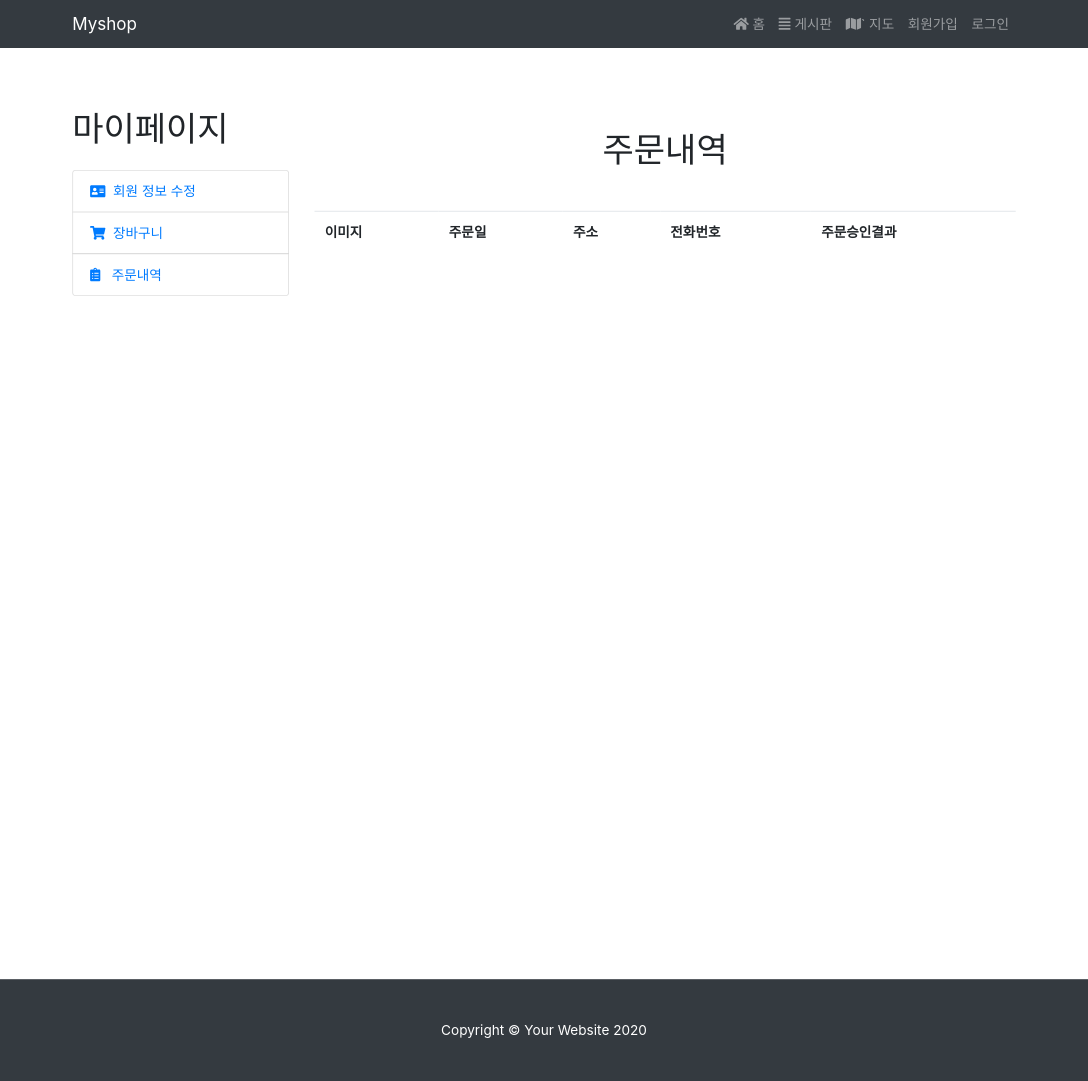
Repository: KimBiYam/ShoppingMallProject
Page: http://localhost/MyShop/WEB-INF/views/product/orderlist.jsp
The author's editor kept a copy of each file at every save. The page is drawn from the files as they stood at one save, then again after the next save.
The browser window is 1280 px wide. The pictures show the whole page, at 85% of full size.
Some web libraries are served in a nearby version. The page is served by Tomcat 9. Nobody is signed in. Other server files are loaded and not shown. The template is opened directly, without the code that normally fills it, so the values that code supplies are empty.

Above is the page before, as saved 2020-04-23 06:29:41.

### MyShop/src/main/webapp/WEB-INF/views/product/orderlist.jsp
<%@ page language="java" contentType="text/html; charset=UTF-8"
	pageEncoding="UTF-8"%>
<%@taglib prefix="c" uri="http://java.sun.com/jsp/jstl/core"%>
<%@taglib prefix="fmt" uri="http://java.sun.com/jsp/jstl/fmt" %>
<%@taglib prefix="sec" uri="http://www.springframework.org/security/tags"%>
<!DOCTYPE html>
<html lang="en">
<head>
<meta charset="utf-8">
<meta name="viewport"
	content="width=device-width, initial-scale=1, shrink-to-fit=no">
<meta name="description" content="">
<meta name="author" content="">

<title>주문내역</title>
</head>
<body>
	<jsp:include page="../includes/header.jsp" />
	<jsp:include page="../includes/usersidebar.jsp" />
	<div class="col-lg-9">
		<h1 class="my-5 text-center">주문내역</h1>
		<table class="table">
			<tr>
				<th>이미지</th>
				<th>주문일</th>
				<th>주소</th>
				<th>전화번호</th>
				<th>주문승인결과</th>
			</tr>
			<c:forEach items="${orderlist }" var="orderlist">
			<tr>
				<td><a href="/myshop/product/order/get?ordercode=${orderlist.ordercode }">${orderlist.orderid }</a></td>
				<td><fmt:formatDate value="${orderlist.orderdate }"/> </td>
				<td>${orderlist.addr }</td>
				<td>${orderlist.tel }</td>
				<c:if test="${orderlist.approval eq 0 }">
				<td>승인안됨</td>
				</c:if>
				<c:if test="${orderlist.approval eq 1 }">
				<td>처리완료</td>
				</c:if>
			</tr>
			</c:forEach>
		</table>
	</div>
	<!-- /.col-lg-9 -->
	</div>
	<!-- /.row -->
	</div>
	<!-- /.container -->
	<jsp:include page="../includes/footer.jsp"></jsp:include>

<script type="text/javascript">
</script>
</body>

</html>

### MyShop/src/main/webapp/WEB-INF/views/includes/header.jsp
<%@ page language="java" contentType="text/html; charset=UTF-8"
	pageEncoding="UTF-8"%>
<%@taglib prefix="sec"
	uri="http://www.springframework.org/security/tags"%>
<%@taglib prefix="c" uri="http://java.sun.com/jsp/jstl/core"%>
<!DOCTYPE html>
<!-- Bootstrap core CSS -->
<link href="/myshop/resources/vendor/bootstrap/css/bootstrap.min.css"
	rel="stylesheet">
<!-- Custom styles for this template -->
<link href="/myshop/resources/css/shop-homepage.css" rel="stylesheet">
<!-- Bootstrap core JavaScript -->
<script src="/myshop/resources/vendor/jquery/jquery.min.js"></script>
<script
	src="/myshop/resources/vendor/bootstrap/js/bootstrap.bundle.min.js"></script>
<script
	src="https://t1.daumcdn.net/mapjsapi/bundle/postcode/prod/postcode.v2.js"></script>
<script src="/myshop/resources/js/member.js"></script>
<script
	src="https://cdnjs.cloudflare.com/ajax/libs/font-awesome/5.11.2/js/all.min.js"
	crossorigin="anonymous"></script>

<!-- Navigation -->
<nav class="navbar navbar-expand-lg navbar-dark bg-dark fixed-top">
	<div class="container">
		<a class="navbar-brand" href="/myshop">Myshop</a>
		<button class="navbar-toggler" type="button" data-toggle="collapse"
			data-target="#navbarResponsive" aria-controls="navbarResponsive"
			aria-expanded="false" aria-label="Toggle navigation">
			<span class="navbar-toggler-icon"></span>
		</button>
		<div class="collapse navbar-collapse" id="navbarResponsive">
			<ul class="navbar-nav ml-auto">
				<li class="nav-item"><a class="nav-link" href="/myshop"><i
						class="fas fa-home"></i> 홈 </a></li>
				<li class="nav-item"><a class="nav-link"
					href="/myshop/board/list"><i class="fas fa-align-justify"></i>
						게시판</a></li>
				<li class="nav-item"><a class="nav-link" href="/myshop/map"><i
						class="fa fa-map"></i>` 지도</a></li>
				<sec:authorize access="isAnonymous()">
					<li class="nav-item"><a class="nav-link"
						href="javascript:join()">회원가입</a></li>
					<li class="nav-item"><a class="nav-link"
						href="javascript:login()">로그인</a></li>
				</sec:authorize>
				<sec:authorize access="isAuthenticated()">
					<sec:authorize access='hasRole("ROLE_USER")'>
						<li class="nav-item"><a class="nav-link"
							href="/myshop/user/update"><i class="far fa-address-book"></i>
								마이 페이지</a></li>
						<li class="nav-item"><a
							href="/myshop/product/cart?userid=<sec:authentication property="principal.username"/>"
							class="nav-link"><i class="fas fa-shopping-cart"></i> 장바구니</a></li>
						<li class="nav-item"><a class="nav-link"
							href="/myshop/product/order/list?userid=<sec:authentication property="principal.username"/>"><i
								class="fas fa-clipboard-list"></i> 주문 내역</a></li>
					</sec:authorize>
					<sec:authorize access='hasRole("ROLE_ADMIN")'>
						<li class="nav-item"><a class="nav-link"
							href="/myshop/admin/list"><i class="fas fa-address-card"></i>
								회원 관리</a></li>
						<li class="nav-item"><a class="nav-link"
							href="/myshop/product/category/list"><i class="fas fa-tags"></i>
								카테고리 관리</a></li>
						<li class="nav-item"><a class="nav-link"
							href="/myshop/product/order/admin/list"><i
								class="fas fa-clipboard-list"></i> 주문 관리</a></li>
						<li class="nav-item"><a class="nav-link"
							href="/myshop/product/register"><i
								class="fas fa-balance-scale"></i> 상품 등록</a></li>
					</sec:authorize>
					<li class="nav-item">
						<form id="logoutForm" action="/myshop/logout" method="post">
							<input type="hidden" name="${_csrf.parameterName }"
								value="${_csrf.token }">
						</form> <a class="nav-link" href="javascript:logout()">로그아웃</a>
					</li>
				</sec:authorize>
			</ul>
		</div>
	</div>
</nav>
<!-- #joinModal -->
<div class="modal fade" id="joinModal" tabindex="-1" role="dialog"
	aria-labelledby="myModalLabel" aria-hidden="true">
	<div class="modal-dialog">
		<div class="modal-content">
			<div
				class="modal-header justify-content-center font-weight-light my-4">
				<h3 class="modal-title" id="myModalLabel">회원가입</h3>
			</div>
			<div class="modal-body">
				<form id="joinForm" action="/myshop/user/join" method="post">
					<input type="hidden" name="${_csrf.parameterName }"
						value="${_csrf.token }"> <input type="hidden" name="addr"
						id="addr"> <input type="hidden" name="idcheck"
						id="idcheck" value="0">
					<div class="form-group">
						<label class="small mb-1" for="joinid">ID</label>
						<div class="input-group">
							<input class="form-control input-group-prepend joinInput"
								name="userid" id="joinid" type="text" placeholder="아이디를 입력하세요" />
							<button type="button" id="idcheckBtn"
								class="btn btn-outline-info input-group-append">중복체크</button>
						</div>
					</div>
					<div class="form-group">
						<label class="small mb-1" for="joinpw">Password</label> <input
							class="form-control joinInput" name="userpw" id="joinpw"
							type="password" placeholder="패스워드를 입력하세요" />
					</div>
					<div class="form-group">
						<label class="small mb-1" for="userpw">Password 확인</label> <input
							class="form-control joinInput" id="pwdcheck" type="password"
							placeholder="패스워드를 입력하세요" />
					</div>
					<div class="form-group">
						<label class="small mb-1" for="username">이름</label> <input
							class="form-control joinInput" name="username" id="username"
							type="text" placeholder="이름을 입력하세요" />
					</div>
					<div class="form-group">
						<label class="small mb-1" for="tel">휴대전화</label> <input
							class="form-control joinInput" name="tel" id="tel" type="tel"
							maxlength="13" placeholder="전화번호를 입력하세요" />
					</div>
					<div class="form-group">
						<label class="small mb-1" for="email">이메일</label> <input
							class="form-control joinInput" name="email" id="email"
							type="email" placeholder="이메일을 입력하세요" />
					</div>
					<div class="form-group">
						<label class="small mb-1">우편번호</label> <input
							class="form-control joinInput" style="width: 30%" type="text"
							name="zipcode" id="zipcode" readonly="readonly">
					</div>
					<div class="form-group">
						<label class="small mb-1">주소</label>
						<div class="input-group">
							<input class="form-control input-group-prepend joinInput"
								type="text" id="addrView" readonly="readonly">
							<button type="button" id="addrBtn"
								class="btn btn-outline-primary input-group-apeend">주소
								검색</button>
						</div>
					</div>
					<div class="form-group">
						<label class="small mb-1" for="addrDetail">상세주소</label> <input
							class="form-control joinInput" name="addrDetail" id="addrDetail"
							type="text" placeholder="상세주소를 입력하세요" />
					</div>
					<div class="form-group">
						<label class="small mb-1" for="role">관리자 코드</label> <input
							class="form-control joinInput" name="admincode" id="admincode"
							type="text" placeholder="관리자가 되려면 코드를 입력하세요" />
					</div>
					<div class="form-group mt-4 mb-0">
						<button type="button" class="btn btn-primary float-right"
							id="joinBtn">회원가입</button>
					</div>
				</form>
			</div>
		</div>
		<!-- /.modal-content -->
	</div>
	<!-- /.modal-dialog -->
</div>
<!-- /#joinModal -->
<!-- #loginModal -->
<div class="modal fade" id="loginModal" tabindex="-1" role="dialog"
	aria-labelledby="myModalLabel" aria-hidden="true">
	<div class="modal-dialog">
		<div class="modal-content">
			<div
				class="modal-header justify-content-center font-weight-light my-4">
				<h3 class="modal-title" id="myModalLabel">로그인</h3>
			</div>
			<div class="modal-body">
				<form id="loginForm" action="/myshop/login" method="post">
					<input type="hidden" name="${_csrf.parameterName }"
						value="${_csrf.token }">
					<div class="form-group">
						<label class="small mb-1" for="userid">ID</label>
						<div class="input-group">
							<input class="form-control input-group-prepend" name="username"
								id="loginid" type="text" placeholder="아이디를 입력하세요" />
						</div>
					</div>
					<div class="form-group">
						<label class="small mb-1" for="userpw">Password</label> <input
							class="form-control" name="password" id="loginpw" type="password"
							placeholder="패스워드를 입력하세요" />
					</div>
					<div class="form-group">
						<div class="custom-control custom-checkbox">
							<input class="custom-control-input" name="remember-me"
								id="remember-me" type="checkbox" /> <label
								class="custom-control-label" for="remember-me">자동 로그인</label>
						</div>
					</div>
					<div class="form-group mt-4 mb-0">
						<button type="button" class="btn btn-primary float-right" id="loginBtn">로그인</button>
					</div>
				</form>
				<!-- 네이버 로그인 창 -->
				<div id="naver_id_login float-left" style="text-align: center">
					<a class="float-left" href="${url }"> <img width="223" src="/myshop/resources/img/login.PNG" /></a>
				</div>
			</div>
		</div>
		<!-- /.modal-content -->
	</div>
	<!-- /.modal-dialog -->
</div>
<!-- /#loginModal -->

### MyShop/src/main/webapp/WEB-INF/views/includes/usersidebar.jsp
<%@ page language="java" contentType="text/html; charset=UTF-8"
    pageEncoding="UTF-8"%>
<%@taglib prefix="sec" uri="http://www.springframework.org/security/tags" %>
  <!-- Page Content -->
  <div class="container my-5" style="min-height: 1000px">
    <div class="row">
      <div class="col-lg-3">
        <h1 class="my-4">마이페이지</h1>
        <div class="list-group">
          <a href="/myshop/user/update" class="list-group-item"><i class="fas fa-address-card"></i>&nbsp;&nbsp;회원 정보 수정</a>
          <a href="/myshop/product/cart?userid=<sec:authentication property="principal.username"/>" class="list-group-item"><i class="fas fa-shopping-cart"></i>&nbsp;&nbsp;장바구니</a>
          <a href="/myshop/product/order/list?userid=<sec:authentication property="principal.username"/>" class="list-group-item"><i class="fas fa-clipboard-list"></i>&nbsp;&nbsp;&nbsp;주문내역</a>
        </div>
      </div>
      <!-- /.col-lg-3 -->

### MyShop/src/main/webapp/WEB-INF/views/includes/footer.jsp
<%@ page language="java" contentType="text/html; charset=UTF-8"
    pageEncoding="UTF-8"%>
<!DOCTYPE html>
  <!-- Footer -->
  <footer class="py-5 bg-dark">
    <div class="container">
      <p class="m-0 text-center text-white">Copyright &copy; Your Website 2020</p>
    </div>
    <!-- /.container -->
  </footer>

### MyShop/src/main/webapp/resources/js/member.js
//회원가입 폼
function join() {
	$(".joinInput").val("");
	$("#joinModal").modal("show");
	$("#joinid").removeAttr("readonly");
	$("#idcheck").val("0");
}
//로그인 폼
function login() {
	$("#loginid").val("");
	$("#loginpw").val("");
	$("#loginModal").modal("show");
}
//로그아웃 버튼
function logout(){
	alert("로그아웃 되었습니다");
	$("#logoutForm").submit();
}

$(function() {
//	이메일 정규식
var regemail=/^[-A-Za-z0-9_]+[-A-Za-z0-9_.]*[@]{1}[-A-Za-z0-9_]+[-A-Za-z0-9_.]*[.]{1}[A-Za-z]{1,5}$/;
var regtel = /^(01[016789]{1}|02|0[3-9]{1}[0-9]{1})-?[0-9]{3,4}-?[0-9]{4}$/;

//	아이디 한글 입력 방지
	$("#joinid").on("blur keyup",function(){
		$(this).val($(this).val().replace(/[ㄱ-ㅎ|ㅏ-ㅣ|가-힣]/g,''));
	})
	$("#loginid").on("blur keyup",function(){
		$(this).val($(this).val().replace(/[ㄱ-ㅎ|ㅏ-ㅣ|가-힣]/g,''));
	})
//	전화번호 자동 하이픈
	$('#tel').keydown(function(event) {
	    var key = event.charCode || event.keyCode || 0;
	    $text = $(this);
	    if (key !== 8 && key !== 9) {
	        if ($text.val().length === 3) {
	            $text.val($text.val() + '-');
	        }
	        if ($text.val().length === 8) {
	            $text.val($text.val() + '-');
	        }
	    }

	    return (key == 8 || key == 9 || key == 46 || (key >= 48 && key <= 57) || (key >= 96 && key <= 105));
	});

//	이름 한글만 입력
	$("#username").on("blur keyup",function(){
		$(this).val($(this).val().replace(/[a-z0-9]|[ \[\]{}()<>?|`~!@#$%^&*-_+=,.;:\"'\\]/g,''));
	})

	// 회원가입
	$("#joinBtn").on("click", function() {
		if ($("#joinnid").val() == "") {
			alert("아이디를 입력하세요");
			$("#joinnid").focus();
			return false;
		}
		if ($("#joinpw").val() == "") {
			alert("패스워드를 입력하세요");
			$("#joinpw").focus();
			return false;
		}
		if ($("#pwdcheck").val() == "") {
			alert("패스워드 확인을 입력하세요");
			$("#pwdcheck").focus();
			return false;
		}
		if ($("#username").val() == "") {
			alert("이름을 입력하세요");
			$("#username").focus();
			return false;
		}
		if ($("#tel").val() == "") {
			alert("전화번호를 입력하세요");
			$("#tel").focus();
			return false;
		}
		if ($("#email").val() == "") {
			alert("이메일을 입력하세요");
			$("#email").focus();
			return false;
		}
		if ($("#addrView").val() == "") {
			alert("주소를 검색하세요");
			return false;
		}
		if ($("#addrDetail").val() == "") {
			alert("상세주소를 입력하세요");
			$("#addrDetail").focus();
			return false;
		}

		if ($("#idcheck").val() == "0") {
			alert("아이디 중복체크를 하세요");
			return false;
		}
		if ($("#joinpw").val() != $("#pwdcheck").val()) {
			alert("패스워드가 틀렸습니다");
			$("#joinpw").val("");
			$("#pwdcheck").val("");
			$("#joinpw").focus();
			return false;
		}
		if(!regtel.exec($("#tel").val())){
			alert("전화번호 양식이 틀렸습니다");
			$("#tel").val("");
			$("#tel").focus();
			return false;
		}
		if(!regemail.exec($("#email").val())){
			alert("이메일 양식이 틀렸습니다");
			$("#email").val("");
			$("#email").focus();
			return false;
		}

		var addr = $("#addrView").val() + " " + $("#addrDetail").val();
		$("#addr").val(addr);

		$("#joinForm").submit();
		alert("회원가입이 완료 되었습니다!");
	});

	$("#idcheckBtn").click(function() {
		if ($("#joinid").val() == "") {
			alert("ID를 입력해주세요");
			$("#registerid").focus();
			return false;
		}
		if ($("#idcheck").val() == "1") {
			$("#joinid").removeAttr("readonly");
			$("#joinid").val("");
			$("#idcheck").val("0");
			return false;
		}
		$.get("/myshop/user/idcheck", {
			"userid" : $("#joinid").val()
		}, function(data) {
			if (data == "no"){
				alert("이미 가입된 아이디 입니다");
				$("#joinid").val("");
				$("#joinid").focus();
			}
			if (data == "yes") {
				alert("사용 가능한 아이디 입니다");
				$("#joinid").attr("readonly", "readonly");
				$("#idcheck").val("1");
			}


		})
	});

	// 카카오 주소 API 팝업
	$("#addrBtn").on(
			"click",
			function() {
				new daum.Postcode(
						{
							oncomplete : function(data) {
								// 팝업에서 검색결과 항목을 클릭했을때 실행할 코드를 작성하는 부분.

								// 각 주소의 노출 규칙에 따라 주소를 조합한다.
								// 내려오는 변수가 값이 없는 경우엔 공백('')값을 가지므로, 이를 참고하여 분기
								// 한다.
								var addr = ''; // 주소 변수
								var extraAddr = ''; // 참고항목 변수

								// 사용자가 선택한 주소 타입에 따라 해당 주소 값을 가져온다.
								if (data.userSelectedType === 'R') { // 사용자가
																		// 도로명
																		// 주소를
																		// 선택했을
																		// 경우
									addr = data.roadAddress;
								} else { // 사용자가 지번 주소를 선택했을 경우(J)
									addr = data.jibunAddress;
								}

								// 사용자가 선택한 주소가 도로명 타입일때 참고항목을 조합한다.
								if (data.userSelectedType === 'R') {
									// 법정동명이 있을 경우 추가한다. (법정리는 제외)
									// 법정동의 경우 마지막 문자가 "동/로/가"로 끝난다.
									if (data.bname !== ''
											&& /[동|로|가]$/g.test(data.bname)) {
										extraAddr += data.bname;
									}
									// 건물명이 있고, 공동주택일 경우 추가한다.
									if (data.buildingName !== ''
											&& data.apartment === 'Y') {
										extraAddr += (extraAddr !== '' ? ', '
												+ data.buildingName
												: data.buildingName);
									}
									// 표시할 참고항목이 있을 경우, 괄호까지 추가한 최종 문자열을 만든다.
									if (extraAddr !== '') {
										extraAddr = ' (' + extraAddr + ')';
									}
									// 조합된 참고항목을 해당 필드에 넣는다.
									// document.getElementById("sample6_extraAddress").value
									// = extraAddr;

								} else {
									// document.getElementById("sample6_extraAddress").value
									// = '';
								}

								// 우편번호와 주소 정보를 해당 필드에 넣는다.
								$("#zipcode").val(data.zonecode);
								$("#addrView").val(addr);
								// 커서를 상세주소 필드로 이동한다.
								$("#addrDetail").focus();
							}
						}).open();
			});

	// 로그인
	$("#loginBtn").on("click", function() {
		if ($("#loginid").val() == "") {
			alert("아이디를 입력하세요");
			$("#loginid").focus();
			return false;
		}
		if ($("#loginpw").val() == "") {
			alert("패스워드를 입력하세요");
			$("#loginpw").focus();
			return false;
		}
		$("#loginForm").submit();
	});

})

Loaded but not shown: MyShop/src/main/webapp/resources/css/shop-homepage.css (common file)

After the next save:
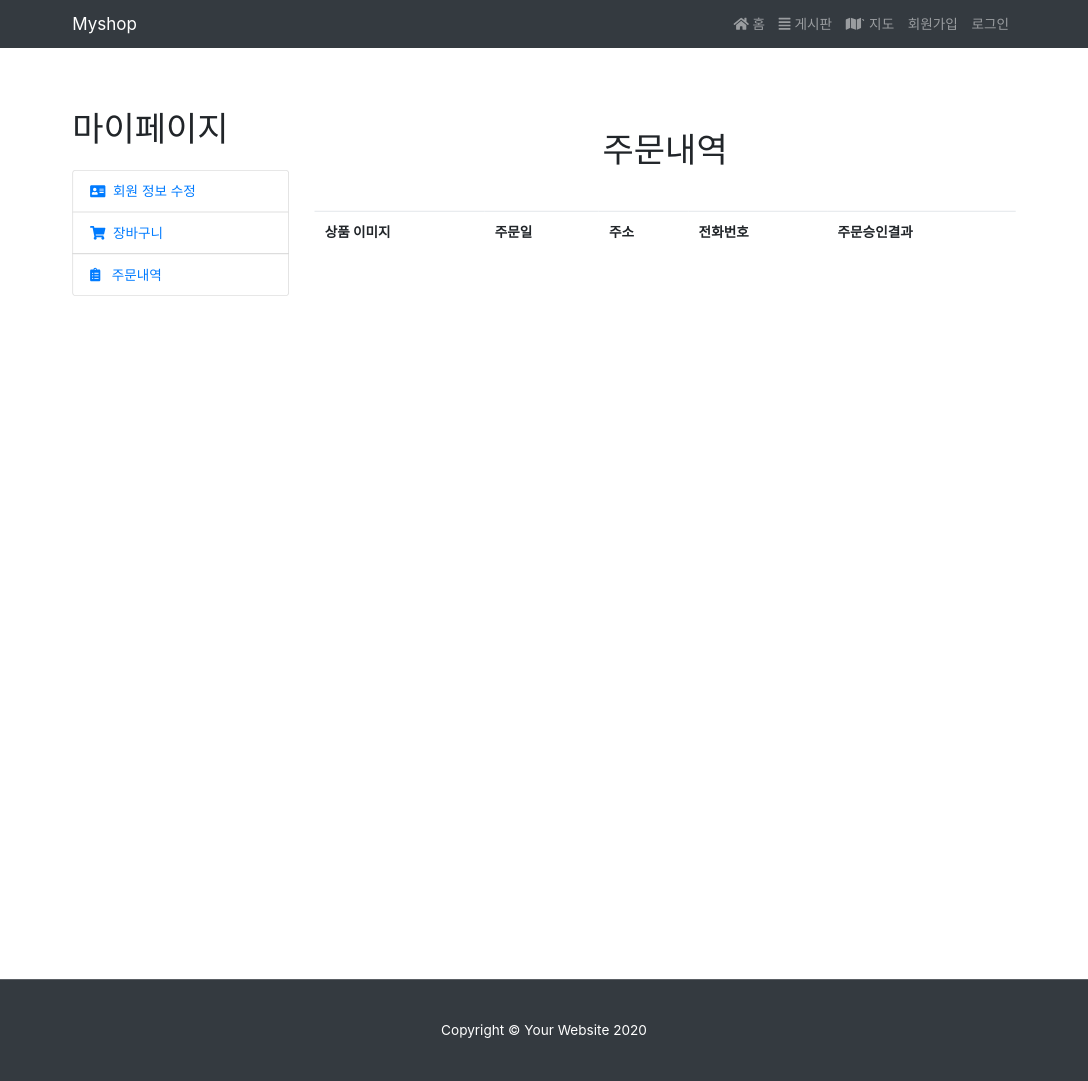
Saved 7 s later.
--- a/MyShop/src/main/webapp/WEB-INF/views/product/orderlist.jsp
+++ b/MyShop/src/main/webapp/WEB-INF/views/product/orderlist.jsp
@@ -21,7 +21,7 @@
 		<h1 class="my-5 text-center">주문내역</h1>
 		<table class="table">
 			<tr>
-				<th>이미지</th>
+				<th>상품 이미지</th>
 				<th>주문일</th>
 				<th>주소</th>
 				<th>전화번호</th>
